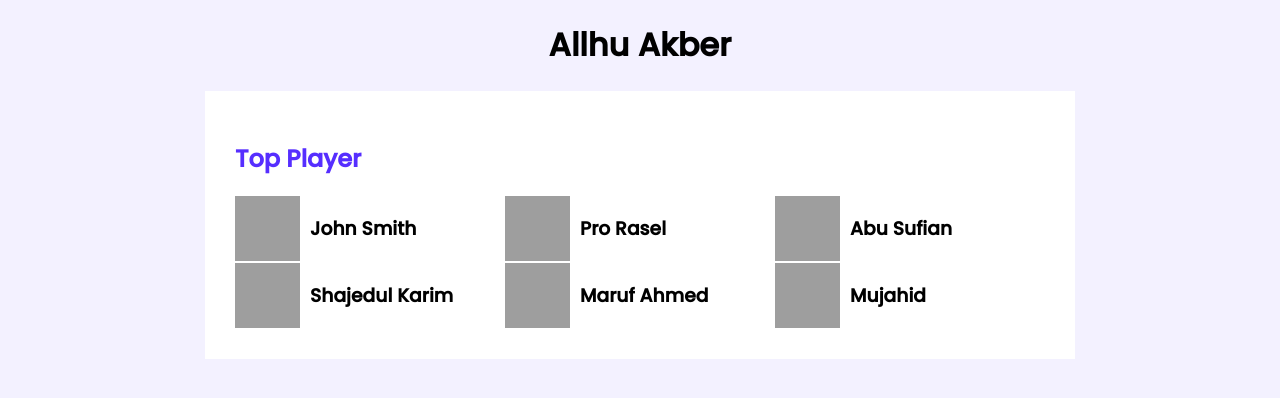
Repository: zjria/leader-board
Page: index.html
An editor plug-in stored every save of this project. The page is shown before and after the next save, followed by the edit.
The browser window is 1280 px wide. The pictures show the whole page.
Pictures or frames that could not be fetched are drawn as grey boxes.

Above is the page before, as saved 2022-09-03 09:38:15.

### index.html
<!DOCTYPE html>
<html lang="en">

<head>
    <meta charset="UTF-8">
    <meta http-equiv="X-UA-Compatible" content="IE=edge">
    <meta name="viewport" content="width=device-width, initial-scale=1.0">
    <title>leader-board</title>
    <!-- Custom CSS -->
    <link rel="stylesheet" href="/style/style.css">
</head>

<body>
    <h1>Allhu Akber</h1>
    <!-- Header Section -->
    <header>

    </header>
    <!-- Main Section -->
    <main>
        <section class="container">
            <div class="top-players">
                <h2 class="section-title">Top Player</h2>
                <div class="players">
                    <div class="player">
                        <img src="images/players/player-1.png" alt="">
                        <h3 class="name-title">John Smith</h3>
                    </div>
                    <div class="player">
                        <img src="images/players/player-2.png" alt="">
                        <h3 class="name-title">Pro Rasel</h3>
                    </div>
                    <div class="player">
                        <img src="images/players/player-3.png" alt="">
                        <h3 class="name-title">Abu Sufian</h3>
                    </div>
                    <div class="player">
                        <img src="images/players/player-4.png" alt="">
                        <h3 class="name-title">Shajedul Karim</h3>
                    </div>
                    <div class="player">
                        <img src="images/players/player-5.png" alt="">
                        <h3 class="name-title">Maruf Ahmed</h3>
                    </div>
                    <div class="player">
                        <img src="images/players/player-6.png" alt="">
                        <h3 class="name-title">Mujahid</h3>
                    </div>
                </div>
            </div>
        </section>
    </main>
</body>

</html>

### style/style.css
/* Google Fonts */
@import url('https://fonts.googleapis.com/css2?family=Poppins:wght@500&family=Roboto:wght@100;300;400;500;700;900&display=swap');

h1 {
    display: flex;
    justify-content: center;
}

/* Commant CSS Utilitis */
body {
    border: 0px;
    margin: 0px;
    font-family: 'Poppins', sans-serif;
    /* font-family: 'Roboto', sans-serif; */
    background-color: #F3F1FF;
}

/* Top Players Section */
main {
    display: flex;
    justify-content: center;
}

.section-title {
    color: #562EFF;
    font-size: 24px;
}

.container {
    background-color: #FFFFFF;
    width: 870px;
}

.top-players {
    padding: 30px;
}

.players {
    display: grid;
    grid-template-columns: repeat(3, 1fr);
}

.player {
    display: flex;
    align-items: center;
}

.player img {
    width: 65px;
    height: 65px;
}

.name-title {
    margin-left: 10px;
}

After the next save:
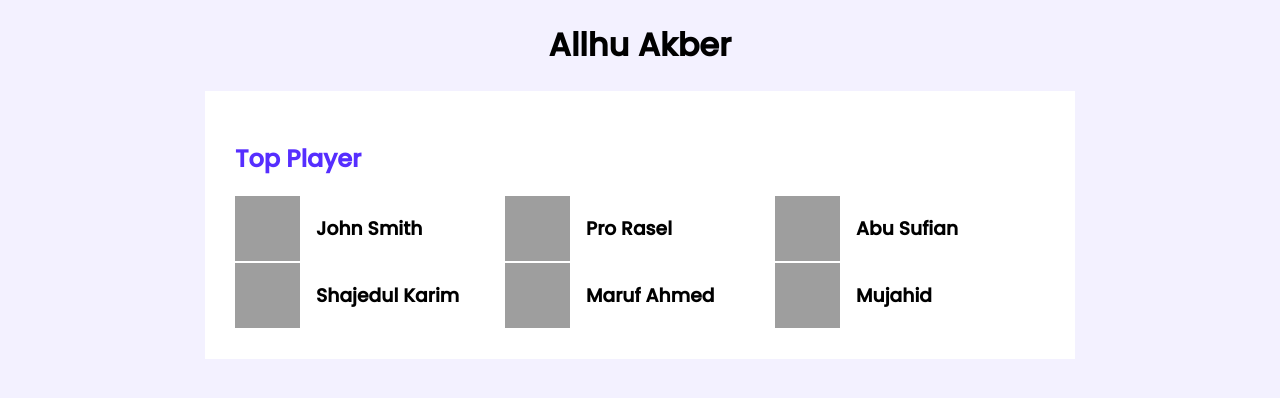
Saved 41 s later.
--- a/style/style.css
+++ b/style/style.css
@@ -51,5 +51,5 @@ main {
 }
 
 .name-title {
-    margin-left: 10px;
+    margin-left: 16px;
 }
